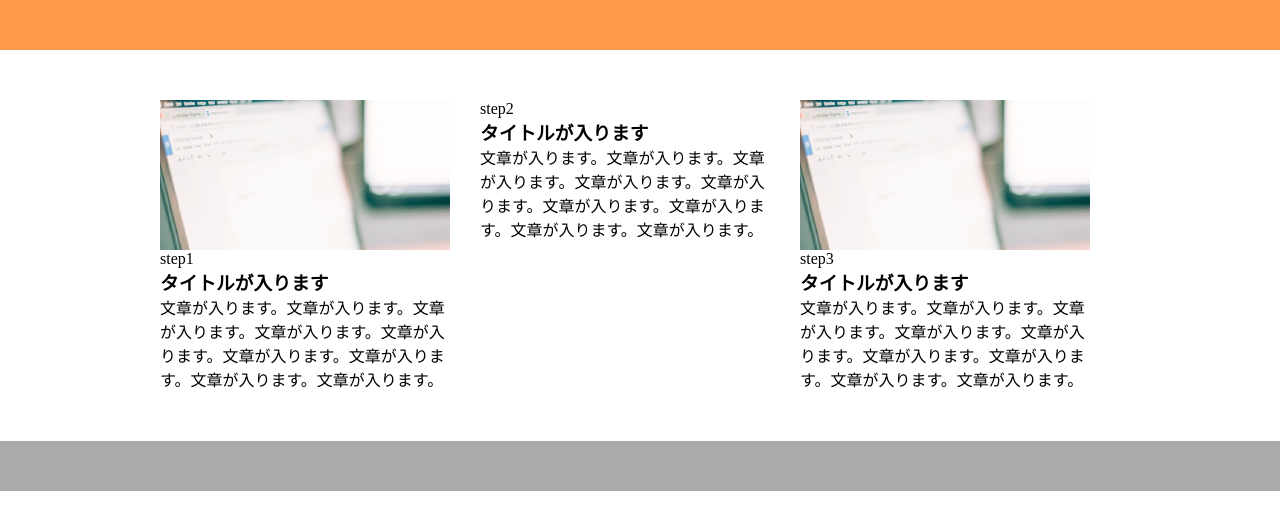
Repository: yuu2310/dmm-webcamp
Page: chapter9_exericise/index.html
The author's editor kept a record of every edit. The page is drawn from the files as they stood at one moment, then again after the next edit.
The browser window is 1280 px wide. The pictures show the whole page.
Some web libraries are served in a nearby version.

Above is the page before.

### chapter9_exericise/index.html
<!DOCTYPE HTML>
<html lang="ja">
  <head>
    <meta charset="UTF-8" />
    <script src="https://kit.fontawesome.com/ce194f1660.js" crossorigin="anonymous"></script>
    <title>chapter9演習</title>
    <link rel="stylesheet" href="style.css"/>
  </head>

  <body>
    <!--<div class="position">-->
    <!--  <i class="fa-brands fa-twitter"></i>-->
    <!--  <i class="fa-brands fa-facebook"></i>-->
    <!--</div>-->
    <header></header>
    <main>
      <div class="step-box">
        <div class="step-img1"></div>
        <span class="step-num">step1</span>
        <h3 class="title">タイトルが入ります</h3>
        <p>文章が入ります。文章が入ります。文章が入ります。文章が入ります。文章が入ります。文章が入ります。文章が入ります。文章が入ります。文章が入ります。</p>
      </div>
      <div class="step-box">
        <div class="step-img2"></div>
        <span class="step-num">step2</span>
        <h3 class="title">タイトルが入ります</h3>
        <p>文章が入ります。文章が入ります。文章が入ります。文章が入ります。文章が入ります。文章が入ります。文章が入ります。文章が入ります。文章が入ります。</p>
      </div>
      <div class="step-box">
        <div class="step-img3"></div>
        <span class="step-num">step3</span>
        <h3 class="title">タイトルが入ります</h3>
        <p>文章が入ります。文章が入ります。文章が入ります。文章が入ります。文章が入ります。文章が入ります。文章が入ります。文章が入ります。文章が入ります。</p>
      </div>
    </main>
    <footer></footer>
  </body>
</html>

### chapter9_exericise/style.css
* {
  margin: 0;
  padding: 0;
  box-sizing: border-box;
}

/*i {*/
/*  font-size: 32px;*/
/*}*/

/*.position {*/
/*  position: absolute;*/
/*  right: 40px;*/
/*  top: 100px;*/
/*}*/

header {
  width: 100%;
  height: 50px;
  background-color: #FF9A4B;
}

main {
  width: 960px;
  margin: 50px auto;
  display: flex;
}

.step-box {
  width: 300px;
  margin-right: 30px;
}

.step-img1 {
  height: 150px;
  padding: 10px;
  background-image: url(chapter9/flow01.png);
}

.step-img1 {
  height: 150px;
  padding: 10px;
  background-image: url(chapter9/flow01.png);
}

.step-img3 {
  height: 150px;
  padding: 10px;
  background-image: url(chapter9/flow01.png);
}

footer {
  width: 100%;
  height: 50px;
  background-color: #AAAAAA;
}

After the next edit:
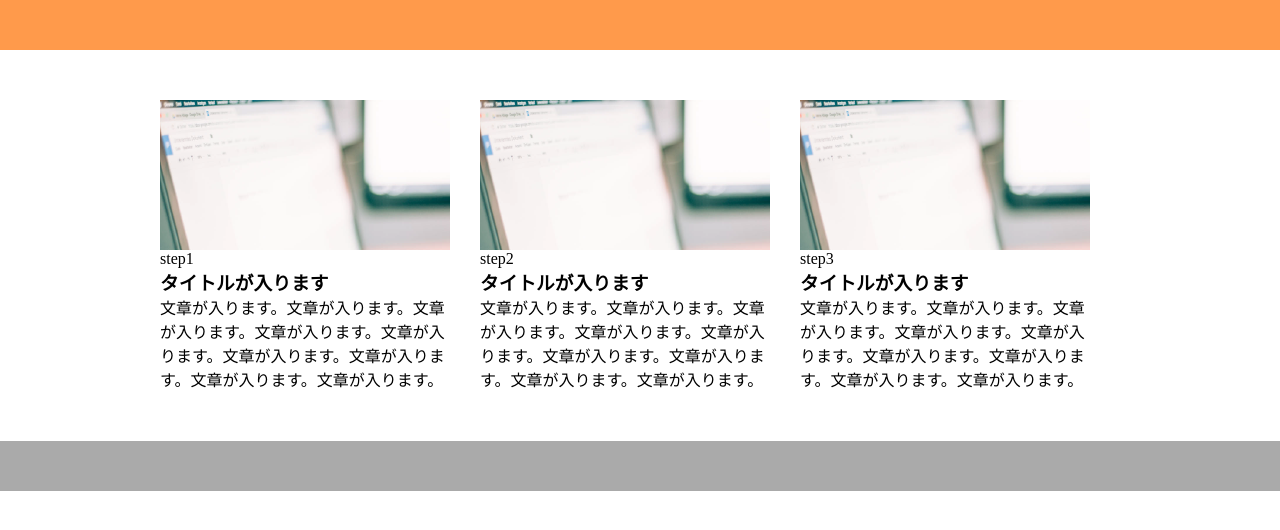
The edit:
--- a/chapter9_exericise/style.css
+++ b/chapter9_exericise/style.css
@@ -37,7 +37,7 @@
   background-image: url(chapter9/flow01.png);
 }
 
-.step-img1 {
+.step-img2 {
   height: 150px;
   padding: 10px;
   background-image: url(chapter9/flow01.png);
